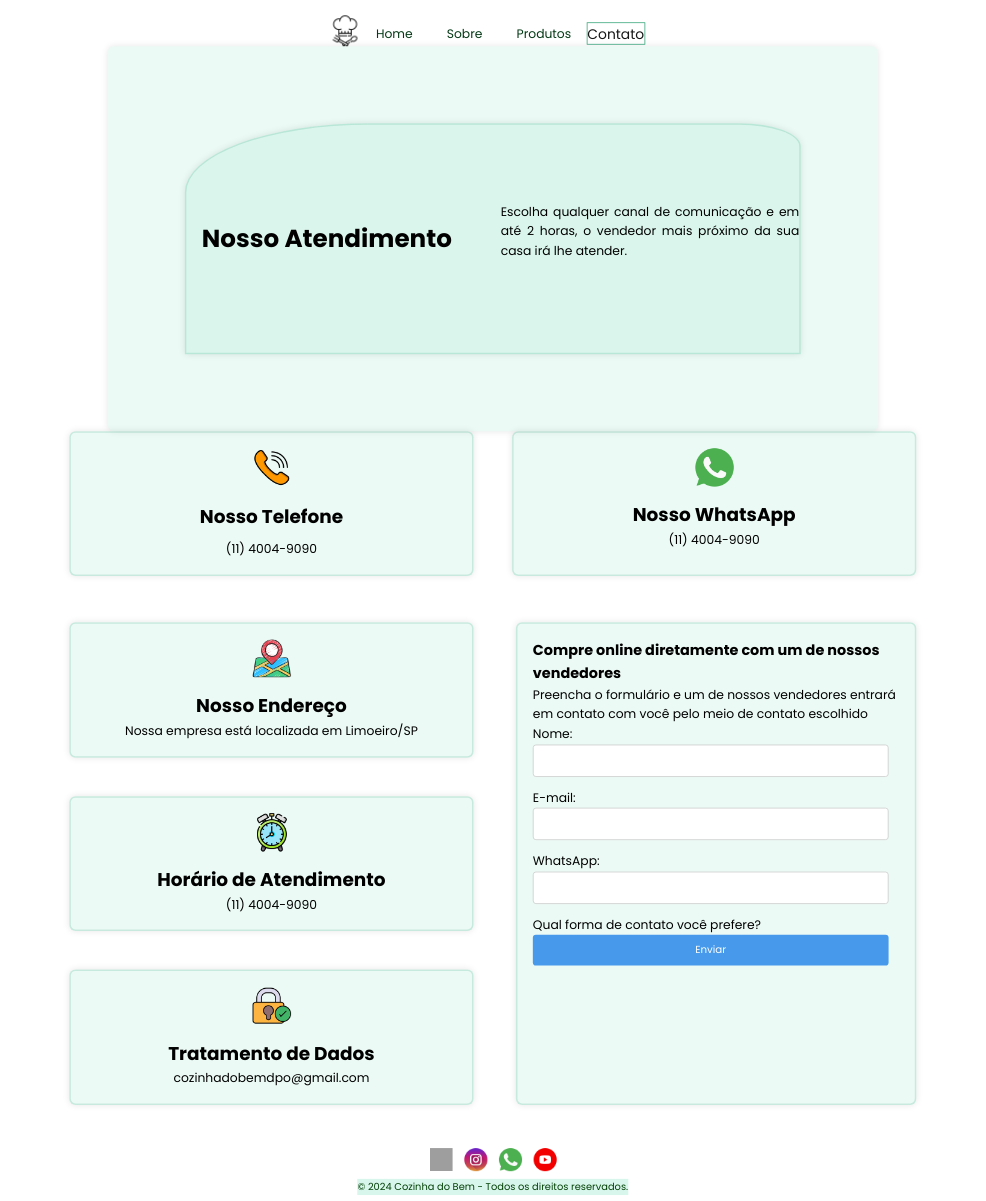
Repository: Thalia-Nataly/Cozinha-do-Bem-Proz
Page: contato.html
The author's editor kept a copy of each file at every save. The page is drawn from the files as they stood at one save, then again after a run of saves.
The browser window is 1280 px wide. The pictures show the whole page, at 77% of full size.
Pictures or frames that could not be fetched are drawn as grey boxes.

Above is the page before, as saved 2024-08-25 19:43:03.
Console error: TypeError: Cannot read properties of null (reading 'addEventListener')

### contato.html
<!DOCTYPE html>
<html lang="pt-br">
<head>
    <meta charset="UTF-8">
    <meta name="viewport" content="width=device-width, initial-scale=1.0">
    <title>Contato</title>
    <link rel="icon" href="Imagens/favicon.jpg" type="image/jpg">
    <!-- CSS -->
    <link rel="stylesheet" href="css/stylegeral.css">
    <!-- JS -->
    <script src="js/menu.js" defer></script>
    <!-- Google Fonts -->
    <link rel="preconnect" href="https://fonts.googleapis.com">
    <link rel="preconnect" href="https://fonts.gstatic.com" crossorigin>
    <link href="https://fonts.googleapis.com/css2?family=Poppins:wght@100;200;300;400;500;600;700;800;900&display=swap" rel="stylesheet">
</head>
<body>
    <!-- Topo -->
    <a id="top"></a>

    <!-- Cabeçalho -->
    <header id="header">
       <div class="interface">
            <section class="logo">
                <img class="logo-branca" src="Imagens/logo.jpg" alt="Logo">
                <img class="logo-preto" src="Imagens/logo.jpg" alt="Logo">
            </section>
            <section class="menu-desktop">
                <nav>
                    <ul>
                        <li><a href="home.html">Home</a></li>
                        <li><a href="sobre.html">Sobre</a></li>
                        <li><a href="produtos.html">Produtos</a></li>
                    </ul>
                </nav>
            </section>
            <section class="btn-contato">
                <a href="contato.html">
                    <button>Contato</button>
                </a>
            </section>
        </div>
    </header>

    <!-- Main -->
    <main>
        <div class="main-content">
            <div class="box-conteiners">
                <div class="box-content">
                    <h1>Nosso Atendimento</h1>
                    <p><span>Escolha qualquer canal de comunicação e em até 2 horas, o vendedor mais próximo da sua casa irá lhe atender.</span></p>
                </div>
            </div>
        </div>

        <!-- Seções de Contato -->
        <div class="contact-container">
            <!-- Contêiner que contém o telefone e o WhatsApp -->
            <div class="contact-info-container">
                <div class="contact-info">
                    <div class="contact-box phone-box">
                        <img src="Imagens\telefone.png" alt="Ícone de Telefone" class="contact-icon">
                        <h2>Nosso Telefone</h2>
                        <p>(11) 4004-9090</p>
                    </div>
                    <div class="contact-box whatsapp-box">
                        <img src="Imagens\whatsapp_2504845.png" alt="Ícone de whatsapp" class="contact-icon">
                        <h2>Nosso WhatsApp</h2>
                        <p>(11) 4004-9090</p>
                    </div>
                </div>
            </div>

            <!-- Contêiner que contém os detalhes de contato e o formulário -->
            <div class="contact-details-form-container">
                <!-- Detalhes de contato -->
                <div class="contact-details">
                    <div class="contact-box">
                        <img src="Imagens\localização.png" alt="Ícone de Endereço" class="contact-icon">
                        <h2>Nosso Endereço</h2>
                        <p>Nossa empresa está localizada em Limoeiro/SP</p>
                    </div>
                    <div class="contact-box">
                        <img src="Imagens\horario.png" alt="Ícone de Relógio" class="contact-icon">
                        <h2>Horário de Atendimento</h2>
                        <p>(11) 4004-9090</p>
                    </div>
                    <div class="contact-box">
                        <img src="Imagens\cadeado.png" alt="Ícone de Cadeado" class="contact-icon">
                        <h2>Tratamento de Dados</h2>
                        <p>cozinhadobemdpo@gmail.com</p>
                    </div>
                </div>

                <!-- Formulário -->
                <div class="form-container">
                    <form >
                        <h3>Compre online diretamente com um de nossos vendedores</h3>
                        <p>Preencha o formulário e um de nossos vendedores entrará em contato com você pelo meio de contato escolhido </p>
                        <label for="nome">Nome: </label>
                        <input type="text" name="nome" id="nome" required>
                        <label for="email">E-mail: </label>
                        <input type="email" name="email" id="email" required>
                        <label for="tel">WhatsApp: </label>
                        <input type="tel" name="tel" id="tel" required>
                        <label for="contact-preference">Qual forma de contato você prefere?</label>


                        <button type="submit">Enviar</button>

                    </form>
                </div>
            </div>
        </div>
    </main>

    <!-- Rodapé -->
    <footer>
        <nav>
            <div class="footer-link">
                <a href="home.html" class="footer-logo">Cozinha do Bem</a>
            </div>
            <div class="social-links">
                <a href="https://www.facebook.com/" target="_blank" rel="noopener noreferrer">
                    <img src="Imagens/social_13051757.png" alt="Facebook"></a>
                <a href="https://www.instagram.com/" target="_blank" rel="noopener noreferrer">
                    <img src="Imagens/instagram_4494489.png" alt="Instagram"></a>
                <a href="https://wa.me/5544332156489" target="_blank" rel="noopener noreferrer">
                    <img src="Imagens/whatsapp_2504845.png" alt="Whatsapp"></a>
                <a href="https://www.youtube.com/" target="_blank" rel="noopener noreferrer">
                    <img src="Imagens/youtube_4494485.png" alt="Youtube"></a>
            </div>
            <p class="copyright">© 2024 Cozinha do Bem - Todos os direitos reservados.</p>
        </nav>
    </footer>
    <a href="#top" class="back-to-top">Voltar ao topo</a>
</body>
</html>

### css/stylegeral.css
/*reset*/
* {
    margin: 0;
    padding: 0;
    box-sizing: border-box;
    font-family: "Poppins", sans-serif;
}

/*----------------------------------------------------------------*/
/*media queries para ajustar o layout em diferentes tamanhos de tela.*/
@media (max-width: 768px) {
    .menu-desktop {
        display: none;
    }

    .menu-mobile {
        display: block;
    }
}

/*----------------------------------------------------------------*/
body {
    background-repeat: no-repeat, repeat;
    background-attachment: scroll, fixed;
    background-size: cover;
    line-height: 1.6;
    margin: 0;
    padding: 0;
    box-sizing: border-box;

}



/*----------------------------------------------------------------*/

/*PRODUTOS */
/* Cabeçalho */

main {

    margin-top: 60px;
}

.main-content {
    width: 1000%;
    max-width: 1000px;
    margin: 0 auto;
    padding: 80px;
    font-family: Arial, sans-serif;
    box-shadow: 0 0 10px rgba(0, 0, 0, 0.1);
    background-color: rgba(122, 223, 189, 0.153);
    border-radius: 8px;
}

.main-content h1 {
    margin-bottom: 20px;
    padding: 50px;

}

.main-content h3 {
    margin-top: 20px;
    margin-bottom: 10px;
}

.main-content p {
    margin-bottom: 20px;
}

.main-content ul {
    margin-bottom: 20px;
}

.main-content ul li {
    margin-bottom: 10px;
}

.main-content img {
    display: block;
    margin: 10px 0;
}



/* Main */
.content-container {
    display: flex;
    align-items: flex-start;
    gap: 15px;
    max-width: 1000px;
    margin-bottom: 50px;
    padding: 20px;
}

.text-box1 .text-box2 .text-box3 {
    border-radius: 8px;
    padding: 20px;
    box-sizing: border-box;
    max-width: 2000px;
    height: 650px;
}

.text-box1 {
    background-color: #aae5e8;
    flex: 1;
}

.text-box2 {
    background-color: #dbaaa3;
    flex: 1;
}

.text-box3 {
    background-color: #f7e7b2;
    flex: 1;
}

.image-box {
    flex: 1;
    max-width: 300px;
    height: 300px;
}

.image-right img {
    float: right;
    width: 200px;
    height: 200px;
}

.image-box img {
    width: 98%;
    height: 98%;
    border-radius: 8px;
    box-shadow: #000000;
    align-content: center;
}

.chips-container {
    background-color: #aae5e8;
    border-radius: 1%;
}

.arroz-container {
    background-color: #dbaaa3;
    border-radius: 1%;
}

.pizza-container {
    background-color: #f7e7b2;
    border-radius: 1%;
}

/*----------------------------------------------------------------*/
/* Formulário produto*/
.form-container {
    background-color: #7ad4ed24;
    border: 1px solid #ddd;
    border-radius: 8px;
    padding: 20px;
    box-shadow: 0 4px 8px rgba(0, 0, 0, 0.1);
    max-width: 1000px;
    margin: 0 auto;
    display: block;
    margin-top: 50px;
}

.form-container input,
.form-container button {
    display: block;
    width: 97%;
    margin-bottom: 10px;
    padding: 10px;
    border-radius: 4px;
    border: 1px solid #ddd;
    box-sizing: border-box;
}

.form-container button {
    background-color: #4799eb;
    color: #fff;
    border: none;
    cursor: pointer;
}

.form-container button:hover {
    background-color: #0056b3;
}


/*----------------------------------------------------------------*/


/* Footer GERAL */
footer {
    align-items: center;
    text-align: center;
    list-style: none;
}

.footer-logo {
    font-size: 24px;
    font-weight: bold;
    text-decoration: none;
    color: #ffffff;
}

.footer-logo:hover {
    color: #000000;
}


footer {
    background-color: transparent;
    padding: 8px;
    text-align: center;
}

footer nav {
    display: flex;
    flex-direction: column;
    align-items: center;
}

footer .footer-link {
    margin-bottom: 10px;
}

footer .social-links {
    display: flex;
    gap: 15px;
    margin-bottom: 10px;
}

footer .social-links a {
    text-decoration: none;
    color: #ffffff;
}

footer .social-links img {
    width: 30px;
    height: 30px;
    vertical-align: middle
}

footer .redes {
    display: flex;
    gap: 15px;
    margin-bottom: 10px;
}

ul.redes img {
    width: 30px;
    height: 30px;
    vertical-align: middle;
    list-style-type: none;
}


footer .social-links a:hover {
    color: #000000;
}

footer p {
    font-size: 0.8em;
    color: #ffffff;
    margin-top: 0;
}

.copyright {
    align-items: center;
    text-align: center;
    background-color: rgba(122, 223, 189, 0.293);
    color: rgb(3, 64, 5);
}

/*----------------------------------------------------------------*/

/* Botão "Voltar ao topo" */
.back-to-top {
    position: fixed;
    bottom: 10px;
    bottom: 33px;
    right: 20px;
    background-color: #ffffff;
    color: #0ba22f;
    padding: 10px;
    border-radius: 8px;
    text-decoration: none;
    font-size: 14px;
    box-shadow: 0 2px 4px rgba(0, 0, 0, 0.2);
    z-index: 1000;
    border: 2px solid #047110;

}

.back-to-top:hover {
    background-color: #047110;
    color: #ffffff;
}

/*----------------------------------------------------------------*/
/* Home video*/


.banner {
    width: 100%;
    height: 80vh;
    overflow: hidden;
    display: flex;
    justify-content: center;
    align-items: center;
}

.banner video {
    position: fixed;
    top: 0;
    left: 0;
    object-fit: cover;
    width: 100%;
    height: 98vh;
    z-index: -1;

}

/*----------------------------------------------------------------*/

/*navbar*/
.interface {
    max-width: 1280px;
    margin: 0 auto;
}

header .btn-contato button:hover {
    background-color: #078d07;
    color: #ffffff;
    transition: all 0.3s ease-in-out;
}

.menu-desktop nav a:hover {
    transform: scale(1.05);
}

/* Estilo do Header */
header {
    width: 100%;
    padding: 20px 0;
    position: fixed;
    top: 0;
    left: 0;

    transition: .5s;
    z-index: 5;
}

header .interface {
    display: flex;
    justify-content: center;
    align-items: center;
    background-color: transparent;

}

header .logo img {
    max-width: 40px;


}

/* ---------------------------------------------------------------- */
/* Estilo do Menu */

header .logo img.logo-preto {
    display: none;
}

header .menu-desktop nav ul {
    list-style-type: none;
}

header .menu-desktop nav ul li {
    display: inline-block;
    margin: 0 20px;
}

header .menu-desktop nav ul li a {
    color: #033915;
    text-decoration: none;
    display: inline-block;
    transition: .2s;
}

.menu-desktop nav a:hover {
    transform: scale(1.05);
}

header .btn-contato,
button .botaosaiba button {
    width: 90px;
    height: 4%;
}

header .btn-contato button,
.hero-site button,
.botaosaiba button {
    font-size: 18px;
    background-color: transparent;
    border: 1px solid #038d5acb;
    color: #171616;
    cursor: pointer;
    transition: .5s;
}

header .btn-contato button:hover,
.hero-site button:hover {
    background-color: #165850;
    color: #fbfffd;

}

header.rolar {
    background-color: #02484691;
    padding: 10px 0;
    box-shadow: 0 0 8px #0bb8a772;

}

header.rolar .menu-desktop nav ul li a {
    color: #ffffff;
}

header.rolar .btn-contato button:hover {
    background-color: #036047;
    color: #ebf5f4;
}

header.rolar .logo img.logo-branca {
    display: none;
}

header.rolar .logo img.logo-preto {
    display: block;
}

/*Hero-site*/
section.hero-site {
    height: 98vh;
    color: black;
}

.hero-site .interface {
    display: flex;
    align-items: center;
    height: 100%;
    margin: 0 auto;
}

.hero-site .txt-hero {
    background-color: rgba(122, 223, 189, 0.153);
    border-top-right-radius: 20%;
    border-top-left-radius: 20%;
    padding: 20px;

}

.hero-site .txt-hero h1 {
    font-size: 4em;
    font-weight: 200;
}

.hero-site .txt-hero p {
    font-size: 20px;
    font-weight: 300;
    margin: 25px 0;

}

.hero-site .txt-hero p span {
    display: block;
}

.hero-site button,
.box-img button {
    width: 200px;
    height: 50px;
}

/* C O N T A T O    P Á G I N A   I N Í C I O*/
/* Contêiner principal de contato */
.contact-container {
    display: flex;
    flex-direction: column;
    align-items: center;
    gap: 20px; /* Espaço entre os elementos */
}


/* Contêiner que contém o telefone e o WhatsApp */
.contact-info-container {
    display: flex;
    justify-content: center;
    width: 100%;
    margin-bottom: 20px; /* Diminuir o espaço entre o WhatsApp e a linha de cima */
}

/* Ainhamento entre o telefone e o WhatsApp na mesma linha */
.contact-info {
    display: flex;
    gap: 50px; /* Espaçamento entre o telefone e WhatsApp */
}

/* Style para o telefone e o WhatsApp */
.contact-box {
    border-radius: 8px;
    padding: 20px; /* AAjustar o ícone e o texto */
    box-sizing: border-box;
    text-align: center;
    width: 525px; /* Ajustar a largura */
    background-color: rgba(122, 223, 189, 0.153);
    border: 2px solid #038d5a27;
    box-shadow: 0 0 10px rgba(0, 0, 0, 0.1);
}


/* Box telefone */
.phone-box {
    display: flex;
    flex-direction: column;
    align-items: center;
}

/* ícone telefone */
.contact-icon {
    width: 50px; /* Ajustar tamanho */
    height: auto;
    margin-bottom: 10px; /* Espaço entre a imagem e o texto */
}

/* Style para o título e o texto na caixa de telefone */
.phone-box h2 {
    margin: 10px 0;
}

.phone-box p {
    margin: 0;
}

/* Style para a caixa do WhatsApp */
.whatsapp-box {
    text-align: center;
}

/* Style para o contêiner de detalhes do contato e formulário */
.contact-details-form-container {
    display: flex;
    justify-content: space-between; /* Espaçamento automático para as colunas */
    width: 100%;
    max-width: 1100px; /* Largura máxima das colunas */
    margin-top: 20px; /* Espaço de cima contêiner */
}

/* Style para os detalhes de contato e formulário */
.contact-details, .form-container .form-produtos {
    display: flex;
    flex-direction: column;
    gap: 50px;
    width: 500px; /* Largura fixa para ambas as colunas (sem considerar o form) */
    box-sizing: border-box;
}

/* Style para o formulário */
.form-container
{
    margin-top: 10px; /* Diminuir o espaço entre o form e a linha de cima */
    height: auto; /* Altura do conteúdo */
    background-color: rgba(122, 223, 189, 0.153);
    border: 2px solid #038d5a27;
    box-shadow: 0 0 10px rgba(0, 0, 0, 0.1);
    border-radius: 8px;
    padding: 20px;
    max-width: 1000px;
    margin: 0 auto;
    display: block;
    margin-left: 80px; /* Adicionar espaço à esquerda do form */
}
.form-prodcontainer {
    width: 1000%;
    max-width: 1000px;
    margin: 0 auto;
    padding: 80px;
    font-family: Arial, sans-serif;
    box-shadow: 0 0 10px rgba(0, 0, 0, 0.1);
    background-color: rgba(122, 223, 189, 0.153);
    border-radius: 8px;
}
.form-produtos {
    margin-top: 10px; /* Diminuir o espaço entre o form e a linha de cima */
    height: auto; /* Altura do conteúdo */
    background-color: rgba(122, 223, 189, 0.153);
    border: 2px solid #038d5a27;
    box-shadow: 0 0 10px rgba(0, 0, 0, 0.1);
    border-radius: 8px;
    padding: 20px;
    max-width: 1000px;



}

/* Style dos campos de entrada e botão dentro do form */
.form-container input,
.form-container select,
.form-container button
.form-prodcontainer input,
.form-prodcontainer select
{
    display: block;
    width: 97%;
    margin-bottom: 15px;
    padding: 10px;
    border-radius: 4px;
    border: 1px solid #cccccc; /* Cor da borda dos campos */
    box-sizing: border-box;
}
.form-prodcontainer button{
    height:auto;
    width: 70px;
    margin-bottom: 15px;
    background-color: #4799eb;
    color: white;
    border: none;
    cursor: pointer;
    border-radius: 4px;
}

/* Estilo do botão dentro do form */
.form-container button
.form-prodcontainer  button {
    background-color: #ffffff;
    color: #047110;
    border: none;
    cursor: pointer;
    border: 2px solid #00000027;
}

.form-container button:hover
.form-prodcontainer form button:hover {
    background-color: #047110;
    color: #ffffff;
}



/*----------------------------------------------------------------*/
/* Boxes */
.box-img img {
    width: 200px;
    height: 200px;
}

.box-conteiners {

    padding: 20px;
    max-width: auto;
    height: auto;
    list-style-type: none;
    display: flex;
    justify-content: center;
    align-items: center;
    flex: wrap;



}


.box-content {

    width: 800px;
    height: 300px;
    background-color: rgba(122, 223, 189, 0.153);
    border: 2px solid #038d5a27;
    box-shadow: 0 0 10px rgba(0, 0, 0, 0.1);

    border-start-start-radius: 30%;
    border-start-end-radius: 10%;
    order: 1;
    display: flex;
    justify-content: center;
    align-items: center;
    flex: wrap;




}

.box-content h1 {
    width: 800px;
    display: flex;
    margin-top: 20px;
    align-self: center;
    padding: 20px;

}

.box-content p {
    width: 800px;
    text-align: justify;
    display: block;

    align-self: center;
    flex-direction: left;
}


.box-img {

    width: 250px;
    height: auto;
    align-self: center;
    padding: 20px;



}

.box-img img {
    border-radius: 20%;

}

.box-sobre {

    width: 800px;
    height: auto;
    padding: 20px;
    order: 1;
    border-end-end-radius: 10%;
    border-start-end-radius: 10%;



}

.botaosaiba {
    display: flex;
    align-self: center;
    flex-direction: center;
    order: 1;

}

### js/menu.js

//cor do menu mudar quando rolar p baixo//
let navBar = document.querySelector('#header');

document.addEventListener('scroll', ()=>{
    let scrollTop = window.scrollY;
    if(scrollTop > 0){
        navBar.classList.add('rolar');
    }else{
        navBar.classList.remove('rolar');
    }

} )

// botao voltar ao topo apenas aparecer quando rolar p baixo//
window.onscroll = function() {
    var topButton = document.querySelector('.back-to-top');
    if (document.body.scrollTop > 20 || document.documentElement.scrollTop > 20) {
        topButton.style.display = "block";
    } else {
        topButton.style.display = "none";
    }
};

// formulario de contato//


document.addEventListener('DOMContentLoaded', function() {
    const formulario = document.getElementById('meuFormulario');

    formulario.addEventListener('submit', function(event) {
      event.preventDefault();

      const nomeInput = document.getElementById('nome');
      const nomeValor = nomeInput.value.trim();
      const nomeMensagem = document.getElementById('mensagemNome');

      if (nomeValor.length < 3) {
        nomeMensagem.textContent = 'O nome deve ter pelo menos 3 caracteres.';
        return;
      } else {
        nomeMensagem.textContent = '';
      }

      const emailInput = document.getElementById('email');
      const emailValor = emailInput.value.trim();
      const emailMensagem = document.getElementById('mensagemEmail');

      if (!isValidEmail(emailValor)) {
        emailMensagem.textContent = 'Por favor, insira um email válido.';
        return;
      } else {
        emailMensagem.textContent = '';
      }

      alert('Formulário enviado com sucesso!');
      formulario.reset();
    });

    function isValidEmail(email) {
      const emailRegex = /^[^\s@]+@[^\s@]+\.[^\s@]+$/;
      return emailRegex.test(email);
    }
  });

After the next 2 saves:
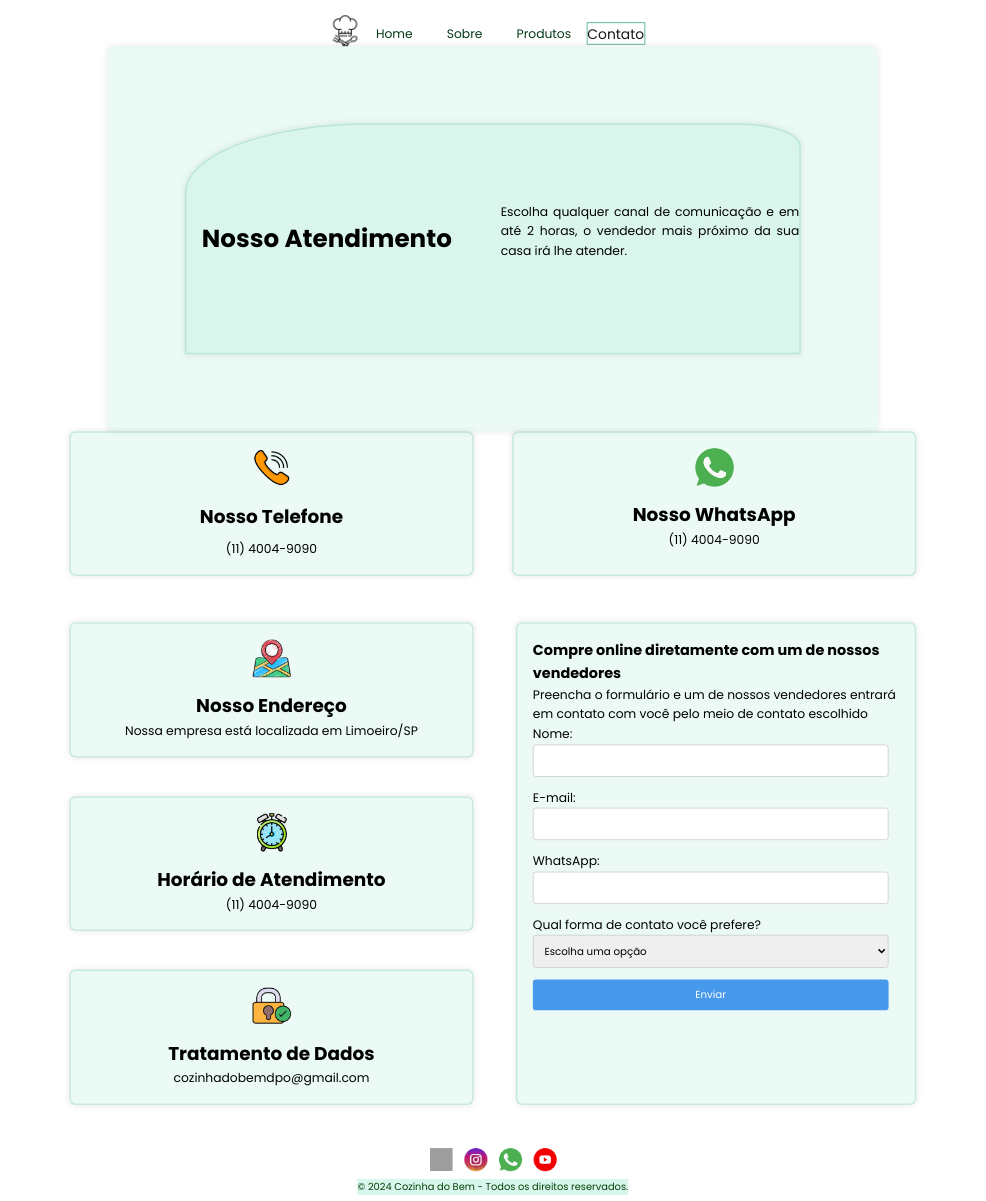
The 2 saves are shown as one change because they came seconds apart.
The last was saved 77 s later.
--- a/contato.html
+++ b/contato.html
@@ -94,7 +94,7 @@
 
                 <!-- Formulário -->
                 <div class="form-container">
-                    <form >
+                    <form>
                         <h3>Compre online diretamente com um de nossos vendedores</h3>
                         <p>Preencha o formulário e um de nossos vendedores entrará em contato com você pelo meio de contato escolhido </p>
                         <label for="nome">Nome: </label>
@@ -104,7 +104,11 @@
                         <label for="tel">WhatsApp: </label>
                         <input type="tel" name="tel" id="tel" required>
                         <label for="contact-preference">Qual forma de contato você prefere?</label>
-
+                        <select id="contact-preference" name="contact-preference" required>
+                            <option value="" disabled selected>Escolha uma opção</option> <!-- Opção vazia que obrigará o usuário a escolher uma das opções abaixo -->
+                            <option value="call">Ligação</option>
+                            <option value="whatsapp">Mensagem no WhatsApp</option>
+                        </select>
 
                         <button type="submit">Enviar</button>
 
